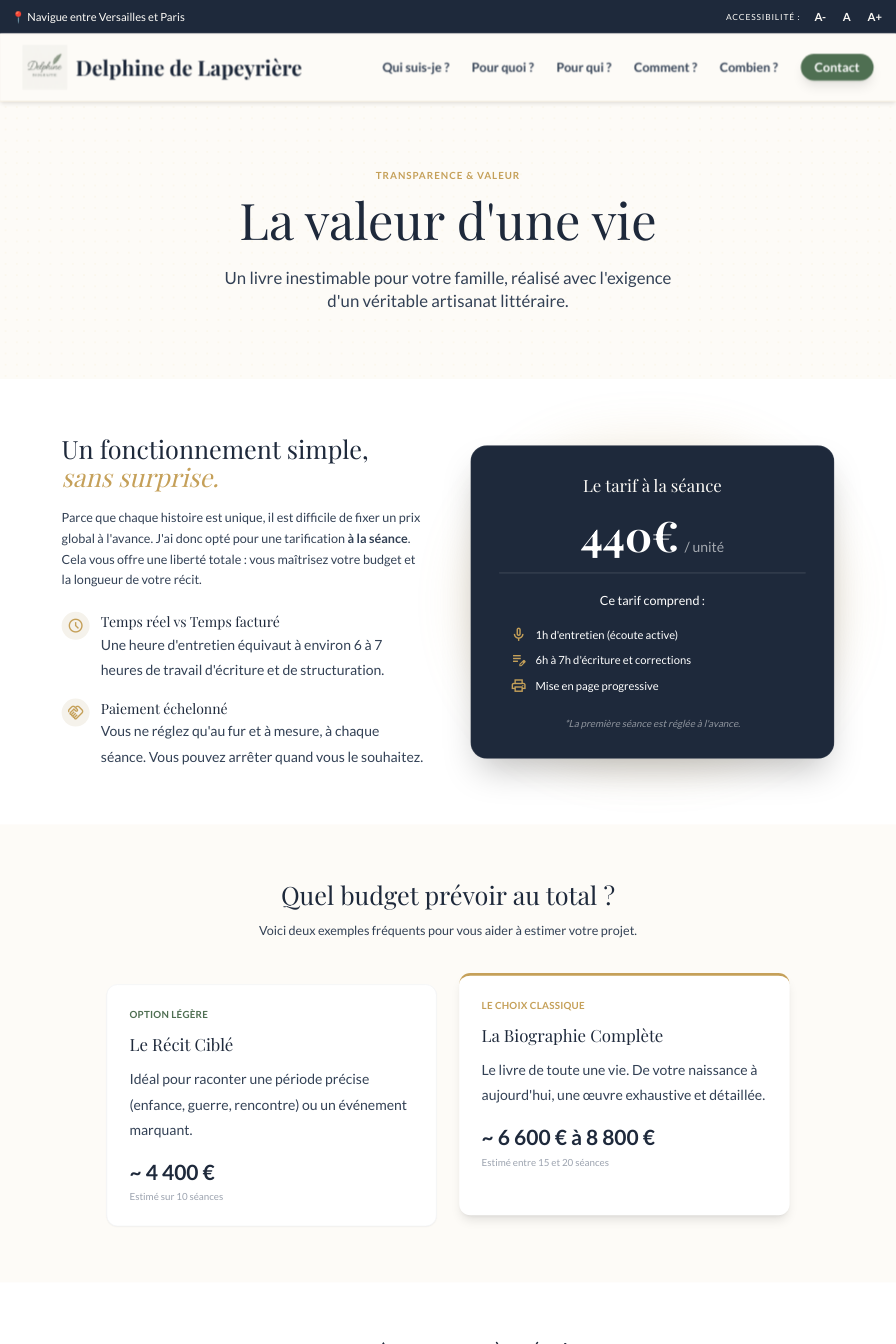
Repository: louisbdc/delphine-biographe
Page: /combien
The author's editor kept a copy of each file at every save. The page is drawn from the files as they stood at one save, then again after a run of saves.
The browser window is 1280 px wide. The pictures show the part of the page from y = 0 to 1920 px (the page is 3225 px tall before and 3323 px after), at 70% of full size.
Some web fonts or font styles are not loaded; a fallback is used. The project was rebuilt for these pictures with package versions that can differ from the ones it lists, and the page was loaded fresh each time. The framework's server and built-in components were replaced by stand-ins that run in the browser. Also part of the build but not shown: next.config.js.

Above is the page before, as saved 2026-01-07 16:48:11.

### app/layout.tsx
import type { Metadata } from "next";
import "./globals.css";
import AccessibilityControls from "@/components/AccessibilityControls";
import Footer from "@/components/Footer";

export const metadata: Metadata = {
  title: "Delphine de Lapeyrière | Biographe Familiale",
  description: "Biographe familiale, j'écris le livre de votre vie",
  icons: {
    icon: "/logo.png",
  },
};

export default function RootLayout({
  children,
}: Readonly<{
  children: React.ReactNode;
}>) {
  return (
    <html lang="fr" className="scroll-smooth">
      <head>
        {/* Google Fonts: Playfair Display (Serif) & Lato (Sans) */}
        <link rel="preconnect" href="https://fonts.googleapis.com" />
        <link rel="preconnect" href="https://fonts.gstatic.com" crossOrigin="anonymous" />
        <link
          href="https://fonts.googleapis.com/css2?family=Lato:wght@400;700&family=Playfair+Display:ital,wght@0,400;0,700;1,400&display=swap"
          rel="stylesheet"
        />
        {/* Material Symbols for Icons */}
        <link
          rel="stylesheet"
          href="https://fonts.googleapis.com/css2?family=Material+Symbols+Outlined:opsz,wght,FILL,GRAD@24,400,0,0"
        />
      </head>
      <body
        className="font-sans antialiased text-navy overflow-x-hidden flex flex-col min-h-screen"
      >
        {/* Accessibility & Top Bar */}
        <div className="bg-navy text-cream py-2 px-4 flex justify-between items-center text-sm md:text-base">
          <span className="hidden md:inline">📍 Navigue entre Versailles et Paris</span>
          <AccessibilityControls />
        </div>
        <main className="flex-1">
          {children}
        </main>
        <Footer />
      </body>
    </html>
  );
}

### app/combien/page.tsx
import Navigation from "@/components/Navigation";

export default function Combien() {
  return (
    <>
      <Navigation />

      {/* Hero Section : Élégant et Minimaliste */}
      <section className="relative py-24 bg-[#FDFBF7]">
        <div className="absolute top-0 left-0 w-full h-full opacity-5 bg-[radial-gradient(#D4AF37_1px,transparent_1px)] [background-size:16px_16px]"></div>
        <div className="container mx-auto px-6 max-w-4xl text-center relative z-10">
          <span className="text-gold font-bold tracking-widest uppercase text-sm mb-4 block">
            Transparence & Valeur
          </span>
          <h1 className="text-5xl md:text-7xl font-serif text-navy mb-8 leading-tight">
            La valeur d'une vie
          </h1>
          <p className="text-xl md:text-2xl text-navy-light max-w-2xl mx-auto leading-relaxed font-light">
            Un livre inestimable pour votre famille, réalisé avec l'exigence d'un véritable artisanat littéraire.
          </p>
        </div>
      </section>

      {/* Le concept du tarif unique : Focus sur la clarté */}
      <section className="py-20 bg-white">
        <div className="container mx-auto px-6 max-w-6xl">
          <div className="grid lg:grid-cols-2 gap-16 items-center">

            {/* Colonne Explicative */}
            <div>
              <h2 className="text-4xl font-serif text-navy mb-6">
                Un fonctionnement simple,<br />
                <span className="text-gold italic">sans surprise.</span>
              </h2>
              <p className="text-lg text-navy-light mb-6 leading-relaxed">
                Parce que chaque histoire est unique, il est difficile de fixer un prix global à l'avance.
                J'ai donc opté pour une tarification <strong>à la séance</strong>. Cela vous offre une liberté totale :
                vous maîtrisez votre budget et la longueur de votre récit.
              </p>

              <ul className="space-y-6 mt-8">
                <li className="flex items-start">
                  <span className="flex-shrink-0 w-10 h-10 rounded-full bg-cream-dark flex items-center justify-center text-gold mr-4">
                    <span className="material-symbols-outlined">schedule</span>
                  </span>
                  <div>
                    <h3 className="text-xl font-serif text-navy">Temps réel vs Temps facturé</h3>
                    <p className="text-navy-light">Une heure d'entretien équivaut à environ 6 à 7 heures de travail d'écriture et de structuration.</p>
                  </div>
                </li>
                <li className="flex items-start">
                  <span className="flex-shrink-0 w-10 h-10 rounded-full bg-cream-dark flex items-center justify-center text-gold mr-4">
                    <span className="material-symbols-outlined">handshake</span>
                  </span>
                  <div>
                    <h3 className="text-xl font-serif text-navy">Paiement échelonné</h3>
                    <p className="text-navy-light">Vous ne réglez qu'au fur et à mesure, à chaque séance. Vous pouvez arrêter quand vous le souhaitez.</p>
                  </div>
                </li>
              </ul>
            </div>

            {/* La Carte Tarifaire (Design Ticket/Carte) */}
            <div className="relative">
              <div className="absolute inset-0 bg-gold blur-2xl opacity-20 rounded-full"></div>
              <div className="relative bg-navy text-white p-10 rounded-3xl shadow-2xl text-center border border-white/10">
                <h3 className="text-2xl font-serif mb-2 text-cream">Le tarif à la séance</h3>
                <div className="flex justify-center items-baseline gap-2 my-6">
                  <span className="text-6xl font-bold font-serif">440€</span>
                  <span className="text-xl text-white/60">/ unité</span>
                </div>

                <div className="w-full h-px bg-white/20 my-6"></div>

                <p className="text-lg mb-6 font-light">Ce tarif comprend :</p>
                <ul className="text-left space-y-3 mb-8 px-4">
                  <li className="flex items-center gap-3">
                    <span className="material-symbols-outlined text-gold">mic</span>
                    <span>1h d'entretien (écoute active)</span>
                  </li>
                  <li className="flex items-center gap-3">
                    <span className="material-symbols-outlined text-gold">edit_note</span>
                    <span>6h à 7h d'écriture et corrections</span>
                  </li>
                  <li className="flex items-center gap-3">
                    <span className="material-symbols-outlined text-gold">print</span>
                    <span>Mise en page progressive</span>
                  </li>
                </ul>
                <p className="text-sm text-white/50 italic">
                  *La première séance est réglée à l'avance.
                </p>
              </div>
            </div>

          </div>
        </div>
      </section>

      {/* Section Scénarios : Aider à se projeter (Nouveau) */}
      <section className="py-20 bg-[#FDFBF7]">
        <div className="container mx-auto px-6 max-w-5xl">
          <div className="text-center mb-16">
            <h2 className="text-3xl md:text-4xl font-serif text-navy mb-4">Quel budget prévoir au total ?</h2>
            <p className="text-navy-light text-lg">Voici deux exemples fréquents pour vous aider à estimer votre projet.</p>
          </div>

          <div className="grid md:grid-cols-2 gap-8">
            {/* Scénario 1 */}
            <div className="bg-white p-8 rounded-2xl border border-gray-100 shadow-sm hover:shadow-md transition-shadow">
              <div className="text-sage mb-4 font-bold tracking-wide uppercase text-sm">Option Légère</div>
              <h3 className="text-2xl font-serif text-navy mb-4">Le Récit Ciblé</h3>
              <p className="text-navy-light mb-6 min-h-[3rem]">
                Idéal pour raconter une période précise (enfance, guerre, rencontre) ou un événement marquant.
              </p>
              <div className="flex items-baseline gap-2 mb-2">
                <span className="text-3xl font-bold text-navy">~ 4 400 €</span>
              </div>
              <p className="text-sm text-gray-400">Estimé sur 10 séances</p>
            </div>

            {/* Scénario 2 */}
            <div className="bg-white p-8 rounded-2xl border-t-4 border-gold shadow-lg transform md:-translate-y-4">
              <div className="text-gold mb-4 font-bold tracking-wide uppercase text-sm">Le Choix Classique</div>
              <h3 className="text-2xl font-serif text-navy mb-4">La Biographie Complète</h3>
              <p className="text-navy-light mb-6 min-h-[3rem]">
                Le livre de toute une vie. De votre naissance à aujourd'hui, une œuvre exhaustive et détaillée.
              </p>
              <div className="flex items-baseline gap-2 mb-2">
                <span className="text-3xl font-bold text-navy">~ 6 600 € à 8 800 €</span>
              </div>
              <p className="text-sm text-gray-400">Estimé entre 15 et 20 séances</p>
            </div>
          </div>
        </div>
      </section>

      {/* Les Frais Annexes : Présentation sous forme de grille propre */}
      <section className="py-20 bg-white">
        <div className="container mx-auto px-6 max-w-5xl">
          <h2 className="text-3xl font-serif text-navy mb-12 text-center">Les coûts annexes à prévoir</h2>

          <div className="grid md:grid-cols-2 gap-12">
            {/* Impression */}
            <div className="flex gap-6">
              <div className="flex-shrink-0">
                 <div className="w-12 h-12 bg-navy/5 rounded-xl flex items-center justify-center text-navy">
                    <span className="material-symbols-outlined text-2xl">menu_book</span>
                 </div>
              </div>
              <div>
                <h3 className="text-xl font-serif text-navy mb-3 font-bold">L'impression des livres</h3>
                <p className="text-navy-light leading-relaxed mb-4">
                  Ce coût est réglé directement à l'imprimeur à la fin du projet. Le prix dépend du nombre de pages, de photos et de la qualité du papier.
                </p>
                <div className="bg-[#FDFBF7] p-4 rounded-lg border border-gray-100">
                  <p className="text-sm font-bold text-navy mb-2">Exemples de tarifs unitaires :</p>
                  <ul className="text-sm text-navy-light space-y-2">
                    <li className="flex justify-between">
                      <span>Livre court (90 pages)</span>
                      <span className="font-semibold text-navy">~ 17 € / livre</span>
                    </li>
                    <li className="flex justify-between border-t border-gray-200 pt-2">
                      <span>Grand livre (460 pages)</span>
                      <span className="font-semibold text-navy">~ 22 € / livre</span>
                    </li>
                  </ul>
                </div>
              </div>
            </div>

            {/* Transport */}
            <div className="flex gap-6">
              <div className="flex-shrink-0">
                 <div className="w-12 h-12 bg-navy/5 rounded-xl flex items-center justify-center text-navy">
                    <span className="material-symbols-outlined text-2xl">train</span>
                 </div>
              </div>
              <div>
                <h3 className="text-xl font-serif text-navy mb-3 font-bold">Déplacements</h3>
                <p className="text-navy-light leading-relaxed mb-4">
                  Basée près de <strong>Versailles</strong>, je me déplace dans toute la France.
                </p>
                <p className="text-navy-light leading-relaxed">
                  Si vous résidez loin, les frais de transport (train/voiture) et éventuellement d'hébergement seront à votre charge. Nous pouvons aussi alterner avec des séances en visio pour réduire ces coûts.
                </p>
              </div>
            </div>
          </div>
        </div>
      </section>

      {/* CTA Final : Sobre et Direct */}
      <section className="py-24 bg-navy relative overflow-hidden">
        {/* Élément décoratif d'arrière-plan */}
        <div className="absolute top-0 right-0 w-64 h-64 bg-gold rounded-full mix-blend-overlay filter blur-3xl opacity-20 transform translate-x-1/2 -translate-y-1/2"></div>

        <div className="container mx-auto px-6 max-w-3xl text-center relative z-10">
          <h2 className="text-4xl font-serif text-white mb-6">
            Votre histoire mérite d'être racontée
          </h2>
          <p className="text-xl text-blue-100 mb-10 font-light">
            Discutons simplement de votre projet. Le premier contact est gratuit et sans engagement.
          </p>
          <div className="flex flex-col sm:flex-row gap-4 justify-center">
            <a
              href="/contact"
              className="bg-gold text-navy px-8 py-4 rounded-full font-bold hover:bg-white transition-all duration-300 shadow-lg hover:shadow-gold/20"
            >
              Me contacter
            </a>
            <a
              href="tel:+33600000000"
              className="px-8 py-4 rounded-full border border-white/30 text-white font-medium hover:bg-white/10 transition-all duration-300"
            >
              06 00 00 00 00
            </a>
          </div>
        </div>
      </section>
    </>
  );
}

### app/globals.css
@tailwind base;
@tailwind components;
@tailwind utilities;

body {
  background-color: #FDFBF7;
  color: #1E293B;
  /* High contrast text */
}

/* Smooth fade-in animation */
.fade-in {
  animation: fadeIn 1.2s ease-in-out;
}

@keyframes fadeIn {
  from { opacity: 0; transform: translateY(10px); }
  to { opacity: 1; transform: translateY(0); }
}

/* Focus states for accessibility */
a:focus, button:focus {
  outline: 3px solid #C5A059;
  outline-offset: 2px;
}

/* Typography overrides for specific senior readability */
p {
  line-height: 1.8;
  font-size: 1.25rem; /* ~20px for excellent readability */
}

### components/Navigation.tsx
export default function Navigation() {
  return (
    <nav className="sticky top-0 z-50 bg-cream/95 backdrop-blur-sm shadow-md border-b border-gold/20">
      <div className="container mx-auto px-4 md:px-8 py-4 flex flex-col md:flex-row justify-between items-center">
        {/* Logo */}
        <a
          href="/"
          className="mb-4 md:mb-0 hover:opacity-80 transition-opacity flex items-center gap-3"
        >
          <img
            src="/logo.png"
            alt="Delphine de Lapeyrière - Biographe"
            className="h-12 md:h-16 w-auto"
          />
          <span className="text-2xl md:text-3xl font-serif font-bold text-navy">
            Delphine de Lapeyrière
          </span>
        </a>

        {/* Menu items */}
        <ul className="flex flex-wrap justify-center gap-4 md:gap-8 text-lg font-semibold text-navy-light">
          <li>
            <a
              href="/qui-suis-je"
              className="hover:text-old-rose transition-colors decoration-gold underline-offset-4 hover:underline"
            >
              Qui suis-je ?
            </a>
          </li>
          <li>
            <a
              href="/pour-quoi-faire"
              className="hover:text-old-rose transition-colors decoration-gold underline-offset-4 hover:underline"
            >
              Pour quoi ?
            </a>
          </li>
          <li>
            <a
              href="/pour-qui"
              className="hover:text-old-rose transition-colors decoration-gold underline-offset-4 hover:underline"
            >
              Pour qui ?
            </a>
          </li>
          <li>
            <a
              href="/comment"
              className="hover:text-old-rose transition-colors decoration-gold underline-offset-4 hover:underline"
            >
              Comment ?
            </a>
          </li>
          <li>
            <a
              href="/combien"
              className="hover:text-old-rose transition-colors decoration-gold underline-offset-4 hover:underline"
            >
              Combien ?
            </a>
          </li>
          <li>
            <a
              href="/contact"
              className="px-5 py-2 bg-sage text-white rounded-full hover:bg-green-800 transition-colors shadow-lg transform hover:-translate-y-0.5"
            >
              Contact
            </a>
          </li>
        </ul>
      </div>
    </nav>
  );
}

### tailwind.config.ts
import type { Config } from "tailwindcss";

const config: Config = {
  content: [
    "./pages/**/*.{js,ts,jsx,tsx,mdx}",
    "./components/**/*.{js,ts,jsx,tsx,mdx}",
    "./app/**/*.{js,ts,jsx,tsx,mdx}",
  ],
  theme: {
    extend: {
      colors: {
        'cream': '#FDFBF7',
        'cream-dark': '#F5F2EB',
        'navy': '#1E293B',
        'navy-light': '#334155',
        'sage': '#4F6F52',
        'gold': '#C5A059',
        'old-rose': '#B76E79',
      },
      fontFamily: {
        serif: ['"Playfair Display"', 'serif'],
        sans: ['"Lato"', 'sans-serif'],
      },
      fontSize: {
        'base-lg': '1.125rem', /* 18px minimum for body */
      }
    },
  },
  plugins: [],
};
export default config;

Loaded but not shown: components/Footer.tsx (120 lines, source omitted); components/AccessibilityControls.tsx (92 lines, source omitted)

After the next 4 saves:
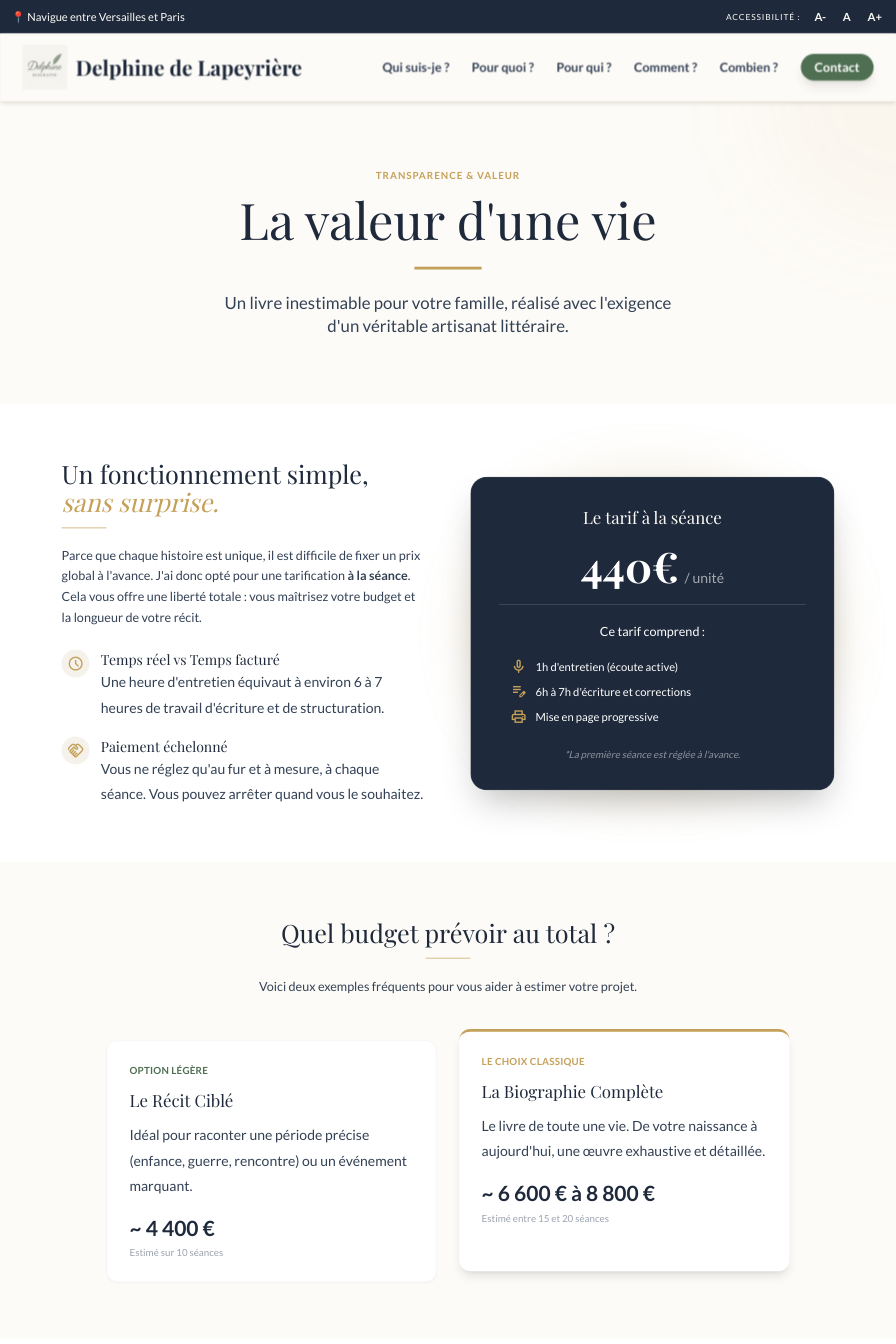
The 4 saves are shown as one change because they came seconds apart.
The last was saved 3 min 19 s later.
--- a/app/combien/page.tsx
+++ b/app/combien/page.tsx
@@ -6,8 +6,9 @@ export default function Combien() {
       <Navigation />
 
       {/* Hero Section : Élégant et Minimaliste */}
-      <section className="relative py-24 bg-[#FDFBF7]">
-        <div className="absolute top-0 left-0 w-full h-full opacity-5 bg-[radial-gradient(#D4AF37_1px,transparent_1px)] [background-size:16px_16px]"></div>
+      <section className="relative py-24 bg-[#FDFBF7] overflow-hidden">
+        {/* Le même blob que sur les autres pages pour la continuité */}
+        <div className="absolute top-0 right-0 w-96 h-96 bg-gold/5 rounded-full blur-3xl translate-x-1/2 -translate-y-1/2"></div>
         <div className="container mx-auto px-6 max-w-4xl text-center relative z-10">
           <span className="text-gold font-bold tracking-widest uppercase text-sm mb-4 block">
             Transparence & Valeur
@@ -15,6 +16,8 @@ export default function Combien() {
           <h1 className="text-5xl md:text-7xl font-serif text-navy mb-8 leading-tight">
             La valeur d'une vie
           </h1>
+          {/* Ajout du séparateur signature */}
+          <div className="w-24 h-1 bg-gold mx-auto mb-8"></div>
           <p className="text-xl md:text-2xl text-navy-light max-w-2xl mx-auto leading-relaxed font-light">
             Un livre inestimable pour votre famille, réalisé avec l'exigence d'un véritable artisanat littéraire.
           </p>
@@ -28,10 +31,14 @@ export default function Combien() {
 
             {/* Colonne Explicative */}
             <div>
-              <h2 className="text-4xl font-serif text-navy mb-6">
-                Un fonctionnement simple,<br />
-                <span className="text-gold italic">sans surprise.</span>
-              </h2>
+              <div className="mb-6">
+                <h2 className="text-4xl font-serif text-navy mb-4">
+                  Un fonctionnement simple,<br />
+                  <span className="text-gold italic">sans surprise.</span>
+                </h2>
+                {/* Séparateur signature */}
+                <div className="w-16 h-0.5 bg-gold/50"></div>
+              </div>
               <p className="text-lg text-navy-light mb-6 leading-relaxed">
                 Parce que chaque histoire est unique, il est difficile de fixer un prix global à l'avance.
                 J'ai donc opté pour une tarification <strong>à la séance</strong>. Cela vous offre une liberté totale :
@@ -102,6 +109,8 @@ export default function Combien() {
         <div className="container mx-auto px-6 max-w-5xl">
           <div className="text-center mb-16">
             <h2 className="text-3xl md:text-4xl font-serif text-navy mb-4">Quel budget prévoir au total ?</h2>
+            {/* Séparateur signature */}
+            <div className="w-16 h-0.5 bg-gold/50 mx-auto mb-6"></div>
             <p className="text-navy-light text-lg">Voici deux exemples fréquents pour vous aider à estimer votre projet.</p>
           </div>
 
@@ -138,7 +147,11 @@ export default function Combien() {
       {/* Les Frais Annexes : Présentation sous forme de grille propre */}
       <section className="py-20 bg-white">
         <div className="container mx-auto px-6 max-w-5xl">
-          <h2 className="text-3xl font-serif text-navy mb-12 text-center">Les coûts annexes à prévoir</h2>
+          <div className="text-center mb-12">
+            <h2 className="text-3xl font-serif text-navy mb-4">Les coûts annexes à prévoir</h2>
+            {/* Séparateur signature */}
+            <div className="w-16 h-0.5 bg-gold/50 mx-auto"></div>
+          </div>
 
           <div className="grid md:grid-cols-2 gap-12">
             {/* Impression */}
